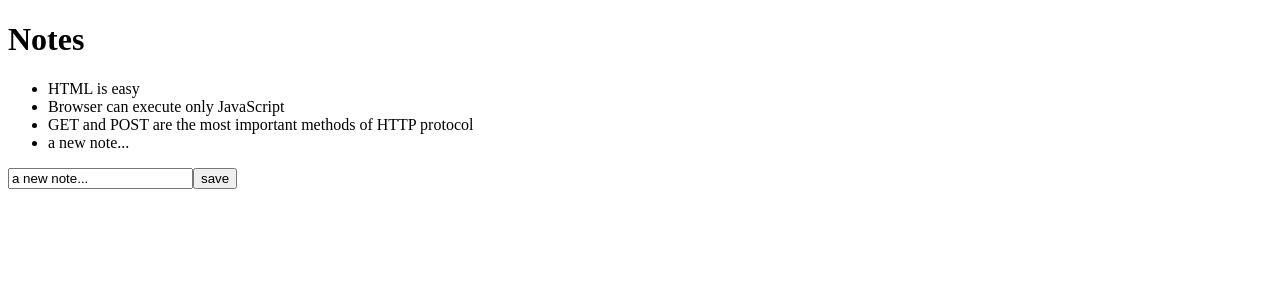
Repository: 4di61/FullStackOpen
Page: / (app in test_app/)
The author's editor kept a copy of each file at every save. The page is drawn from the files as they stood at one save, then again after the next save.
The browser window is 1280 px wide. The pictures show the whole page.
The project was rebuilt for these pictures with package versions that can differ from the ones it lists, and the page was loaded fresh each time. Also part of the build but not shown: test_app/vite.config.js.

Above is the page before, as saved 2024-09-06 10:48:08.

### test_app/index.html
<!doctype html>
<html lang="en">
  <head>
    <meta charset="UTF-8" />
    <link rel="icon" type="image/svg+xml" href="/vite.svg" />
    <meta name="viewport" content="width=device-width, initial-scale=1.0" />
    <title>Vite + React</title>
  </head>
  <body>
    <div id="root"></div>
    <script type="module" src="/src/main.jsx"></script>
  </body>
</html>

### test_app/src/App.jsx
import { useState } from "react";
import Note from "./components/Note";

const App = (props) => {
  const [notes, setNotes] = useState(props.notes);
  const [newNote, setNewNote] = useState("a new note...");

  const addNote = (event) => {
    event.preventDefault();
    const noteObject = {
      content: newNote,
      important: Math.random() < 0.5,
      id: String(notes.length + 1),
    };

    setNotes(notes.concat(noteObject));
    setNewNote("");
  };
  const handleNoteChange = (event) => {
    setNewNote(event.target.value);
  };

  return (
    <div>
      <h1>Notes</h1>
      <ul>
        {notes.map((note) => (
          <Note key={note.id} note={note} />
        ))}
        <li>
          {newNote}
        </li>
      </ul>
      <form onSubmit={addNote}>
        <input value={newNote} onChange={handleNoteChange} />
        <button type="submit">save</button>
      </form>
    </div>
  );
};

export default App;

### test_app/src/components/Note.jsx
const Note = ({note}) => (
    <li>{note.content}</li>
)

export default Note

Loaded but not shown: test_app/src/main.jsx (common file)

After the next save:
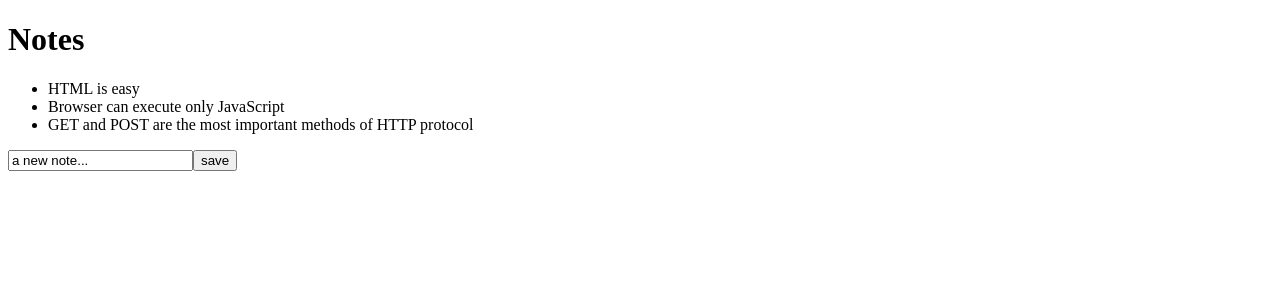
Saved 19 s later.
--- a/test_app/src/App.jsx
+++ b/test_app/src/App.jsx
@@ -27,9 +27,6 @@ const App = (props) => {
         {notes.map((note) => (
           <Note key={note.id} note={note} />
         ))}
-        <li>
-          {newNote}
-        </li>
       </ul>
       <form onSubmit={addNote}>
         <input value={newNote} onChange={handleNoteChange} />
